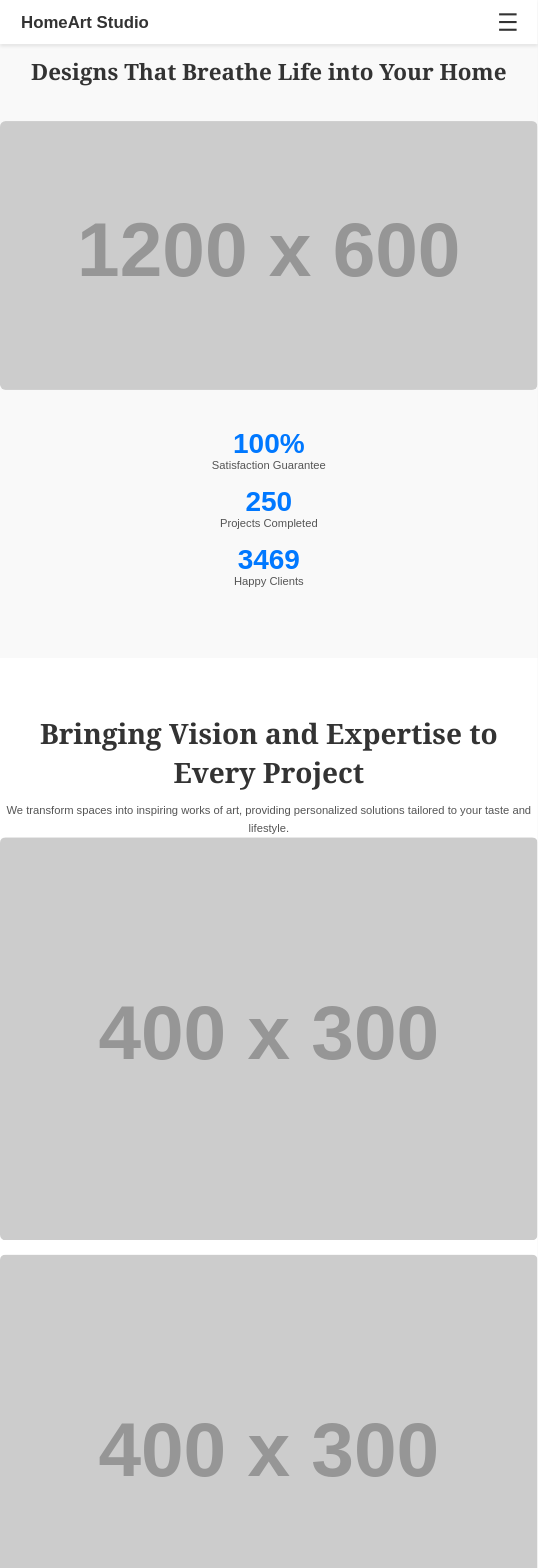
Repository: Patience225/home-decor-studio
Page: index.html
These files come from the project's save history. The page is drawn as it stood at one moment and after the next save; the edit follows.
The browser window is 768 px wide. The pictures show the part of the page from y = 0 to 2240 px (the page is 6723 px tall), at 70% of full size.

Above is the page before, as saved 2025-01-29 05:32:10.

After the next save:
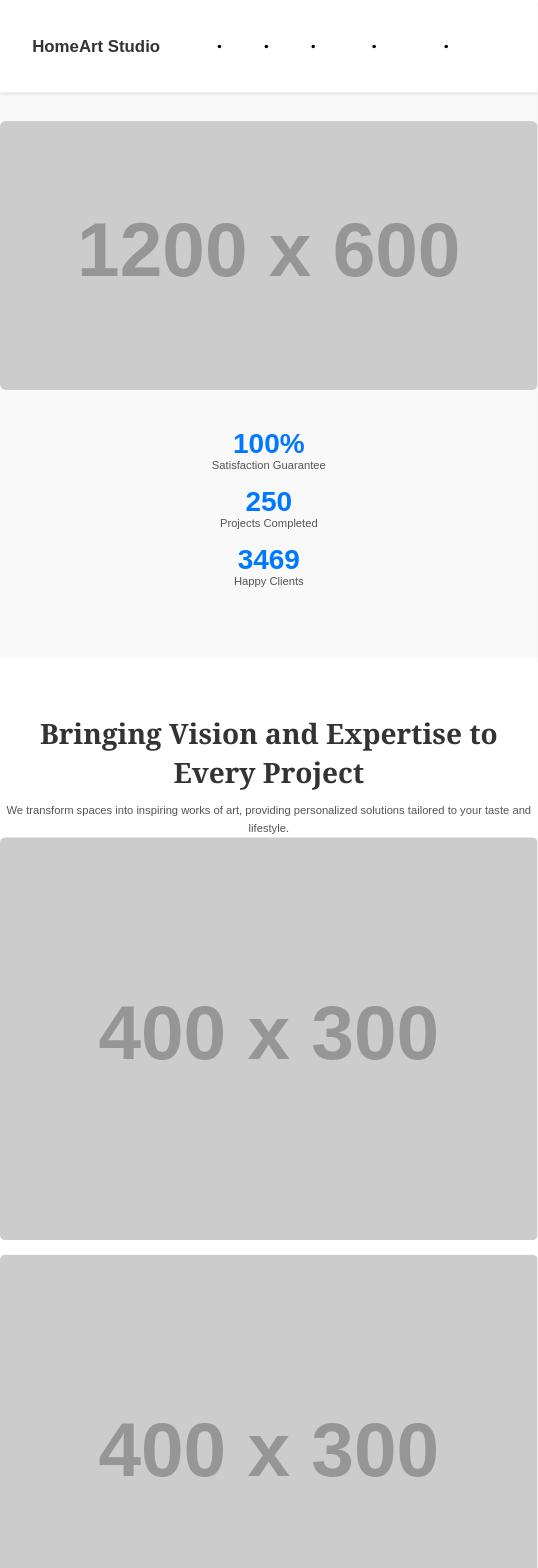
Saved 65 min 26 s later.
--- a/styles.css
+++ b/styles.css
@@ -1,3 +1,4 @@
+/* Global Styles */
 * {
   margin: 0;
   padding: 0;
@@ -9,6 +10,7 @@ body {
   background-color: #f5f5f5;
 }
 
+/* Header */
 header {
   width: 100%;
   background-color: white;
@@ -25,6 +27,7 @@ header {
   align-items: center;
   max-width: 1200px;
   margin: auto;
+  padding: 1rem;
 }
 
 .logo {
@@ -33,18 +36,33 @@ header {
   color: #333;
 }
 
+/* Navigation Menu */
 .nav-links {
-  display: flex;
-  list-style: none;
+  display: none;
+  flex-direction: column;
+  background-color: #333;
+  position: absolute;
+  top: 100%;
+  right: 0;
+  width: 100%;
+  max-height: 90vh;
+  overflow-y: auto;
+  padding: 1rem;
+  z-index: 10;
+}
+
+.nav-links.active {
+  display: flex;
 }
 
 .nav-links li {
-  margin-left: 25px;
+  margin: 10px 0;
+  text-align: center;
 }
 
 .nav-links a {
   text-decoration: none;
-  color: #333;
+  color: #fff;
   font-size: 1rem;
   transition: color 0.3s ease;
 }
@@ -53,10 +71,11 @@ header {
   color: #0078ff;
 }
 
+/* Hamburger Menu */
 .hamburger {
-  display: none;
+  cursor: pointer;
+  display: block;
   flex-direction: column;
-  cursor: pointer;
 }
 
 .hamburger span {
@@ -66,26 +85,28 @@ header {
   margin: 4px 0;
 }
 
-@media (max-width: 768px) {
+@media (min-width: 768px) {
   .nav-links {
+    display: flex;
+    flex-direction: row;
+    background: none;
+    position: static;
+    width: auto;
+    max-height: none;
+    overflow: visible;
+  }
+
+  .nav-links li {
+    margin-left: 25px;
+  }
+
+  .hamburger {
     display: none;
-    flex-direction: column;
-    position: absolute;
-    top: 60px;
-    right: 0;
-    background-color: white;
-    width: 100%;
-    text-align: right;
-  }
-
-  .nav-links.active {
-    display: flex;
-  }
-
-  .hamburger {
-    display: flex;
-  }
-}
+  }
+}
+
+/* Other Styles Remain Intact */
+
 
 .hero {
   width: 100%;
